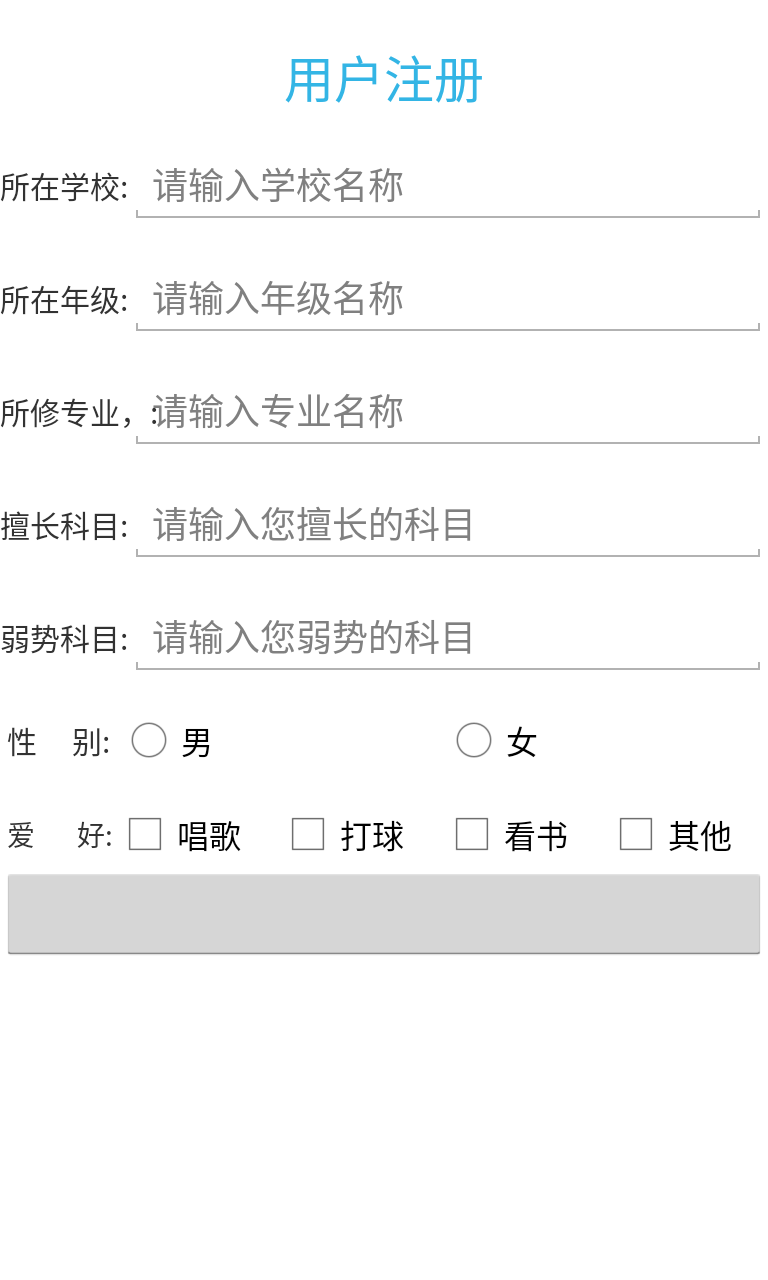
Repository: 17390089054/android
Layout: learning/res/layout/activity_main.xml
The author's editor kept a copy of each file at every save. The layout is drawn from the files as they stood at one save, then again after a run of saves.
It is drawn on a 768 x 1280 px phone screen (xhdpi) without system bars, with theme AppTheme; the app's code is not run.

Above is the layout before, as saved 2018-05-01 10:11:43.

After the next 4 saves:
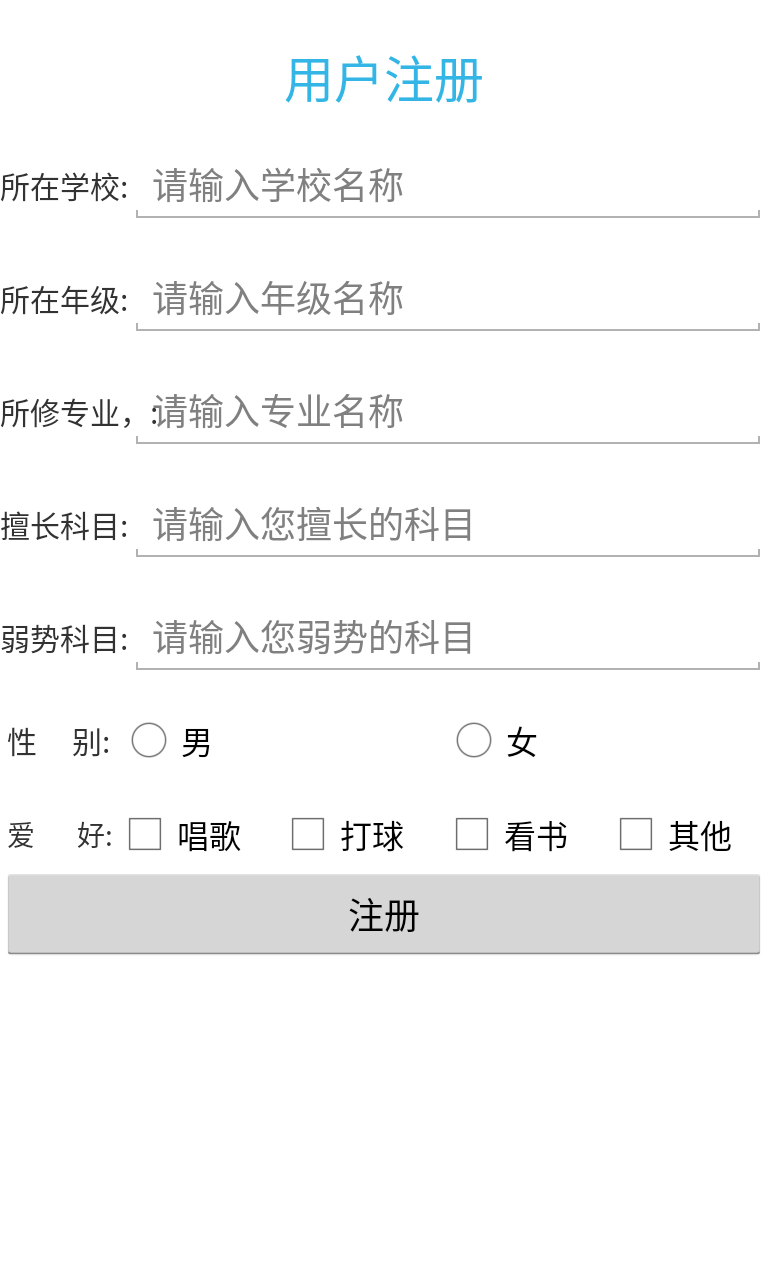
The 4 saves are shown as one change because they came seconds apart.
The last was saved 18 s later.
--- a/learning/res/layout/activity_main.xml
+++ b/learning/res/layout/activity_main.xml
@@ -218,6 +218,7 @@
 	    android:layout_width="match_parent"
 	    android:layout_height="wrap_content"
 
+	    android:text="注册"
 	    />
 
 </LinearLayout>
